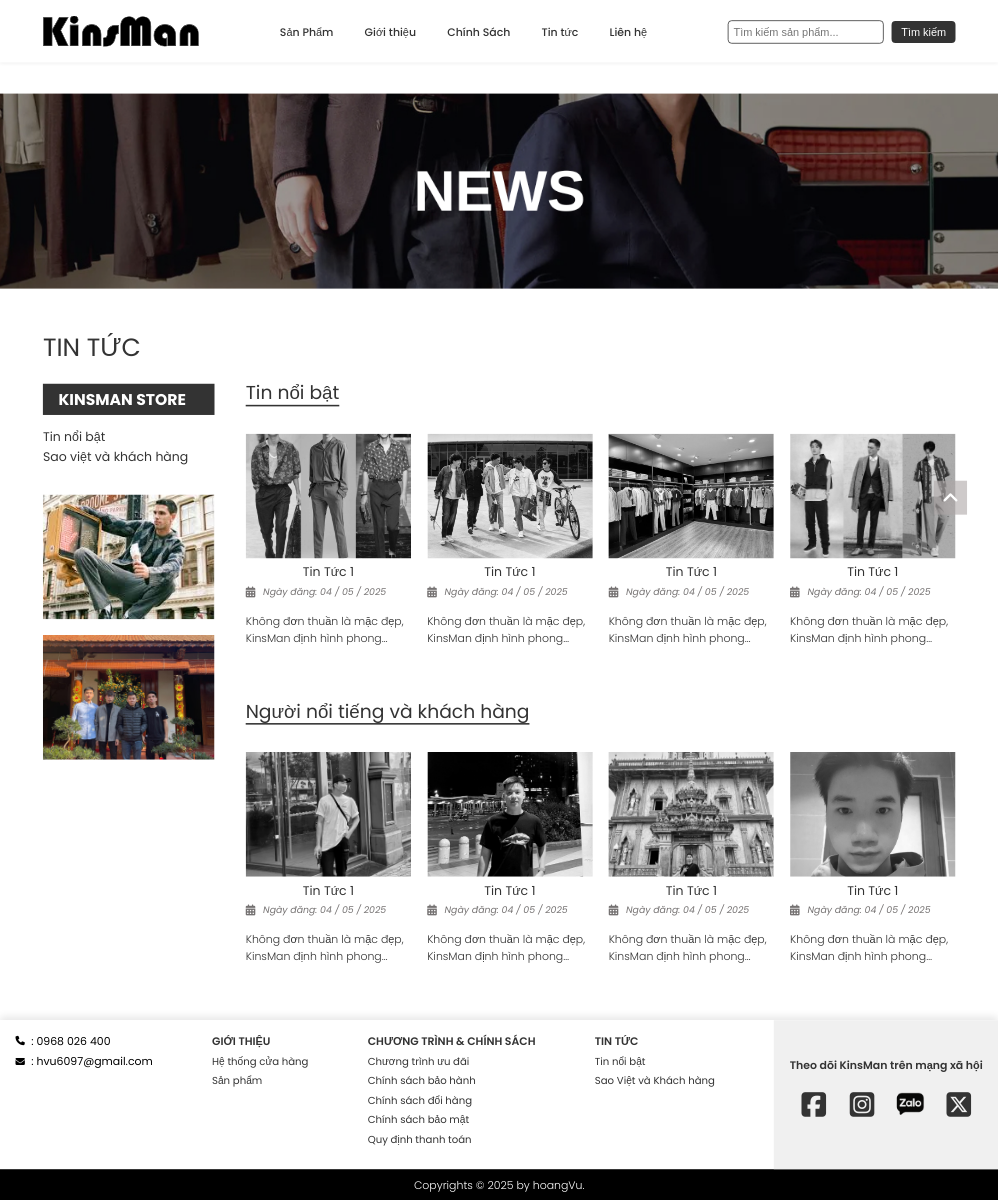
Repository: hoang28092000/kinsmanClothes
Page: category/news.html
An editor plug-in stored every save of this project. The page is shown before and after the next save, followed by the edit.
The browser window is 1280 px wide. The pictures show the whole page, at 78% of full size.

Above is the page before, as saved 2025-05-08 13:14:21.
Console error: TypeError: Cannot read properties of null (reading 'addEventListener')

After the next save:
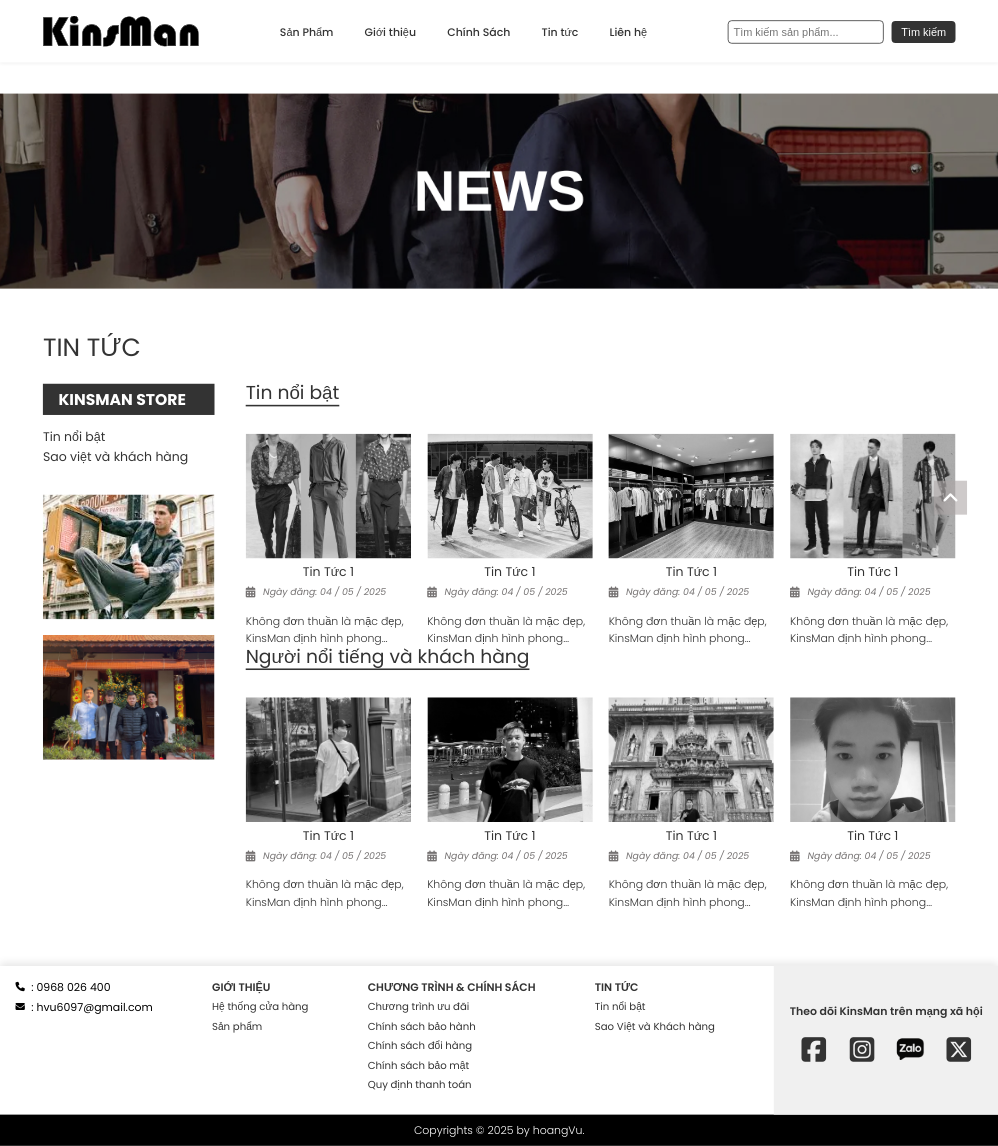
Saved 36 s later.
--- a/category/news.html
+++ b/category/news.html
@@ -166,7 +166,7 @@
 
               </div>
             </div>
-            <div class="body-news" id="list-human">
+            <div class="body-news" id="client">
               <h3 class="blog-heading">Người nổi tiếng và khách hàng</h3>
               <div class="list-news">
                 <article class="card-news">

After the 2 saves that followed:
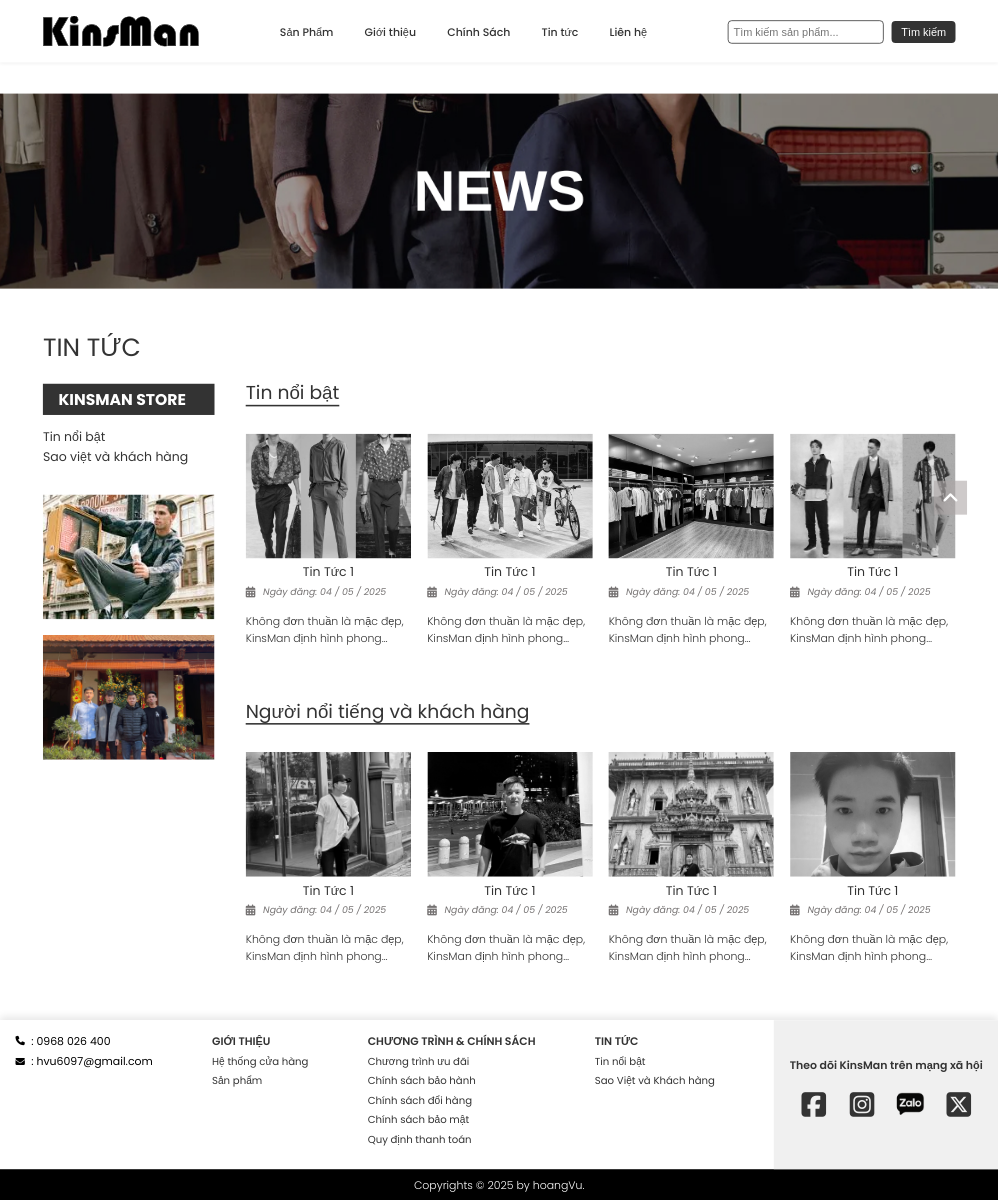
The 2 saves are shown as one change because they came seconds apart.
The last was saved 19 s later.
--- a/css/product.css
+++ b/css/product.css
@@ -326,7 +326,7 @@
   line-height: 1.57;
 }
 
-#list-human{
+#client{
   margin-top: 70px;
 }
 .content-news .banner-left{
